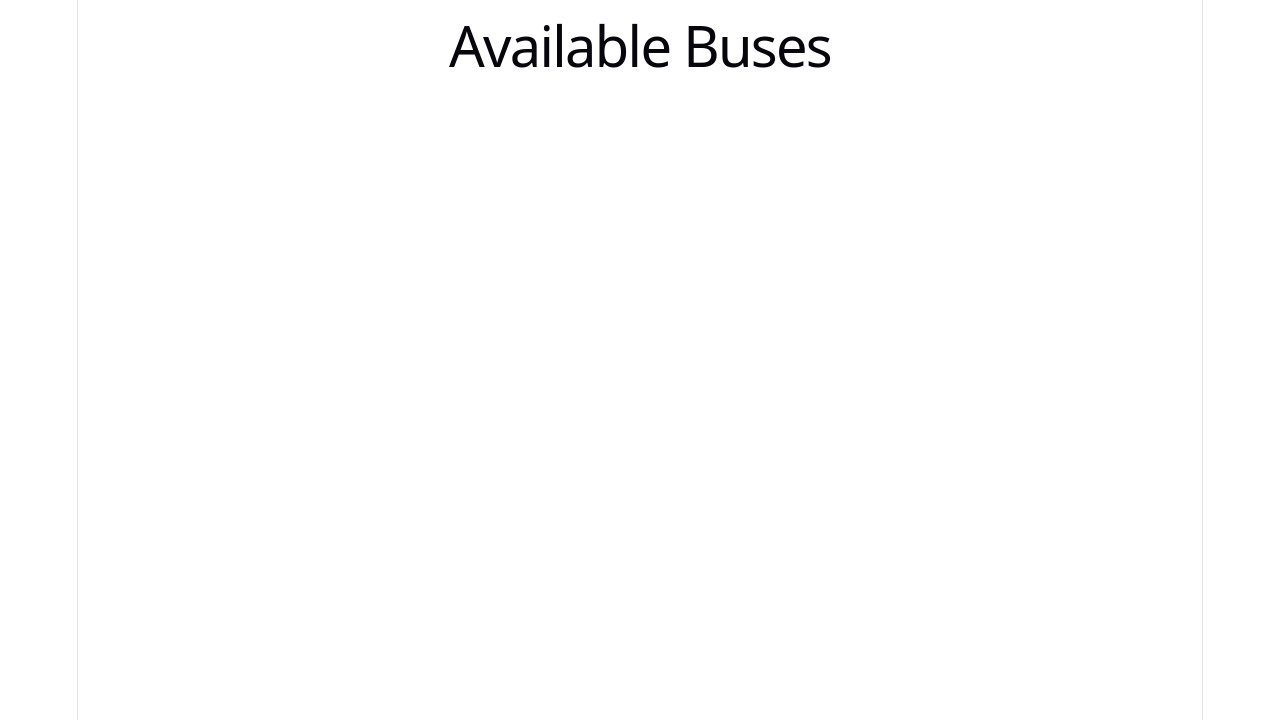
Repository: Eswarabhinay06/Bus-Reservation-System
Page: / (app in AIML-09-Bus-Reservation-System-main/bus-reservation-frontend/)
An editor plug-in stored every save of this project. The page is shown before and after the next save, followed by the edit.
The browser window is 1280 px wide. The pictures show the whole page.
The page's requests for data from a server got no answer. The project was rebuilt for these pictures with package versions that can differ from the ones it lists, and the page was loaded fresh each time. No one was signed in, and anything a server would have sent is missing. Also part of the build but not shown: AIML-09-Bus-Reservation-System-main/bus-reservation-frontend/vite.config.js.

Above is the page before, as saved 2026-07-13 14:00:00.

After the next save:
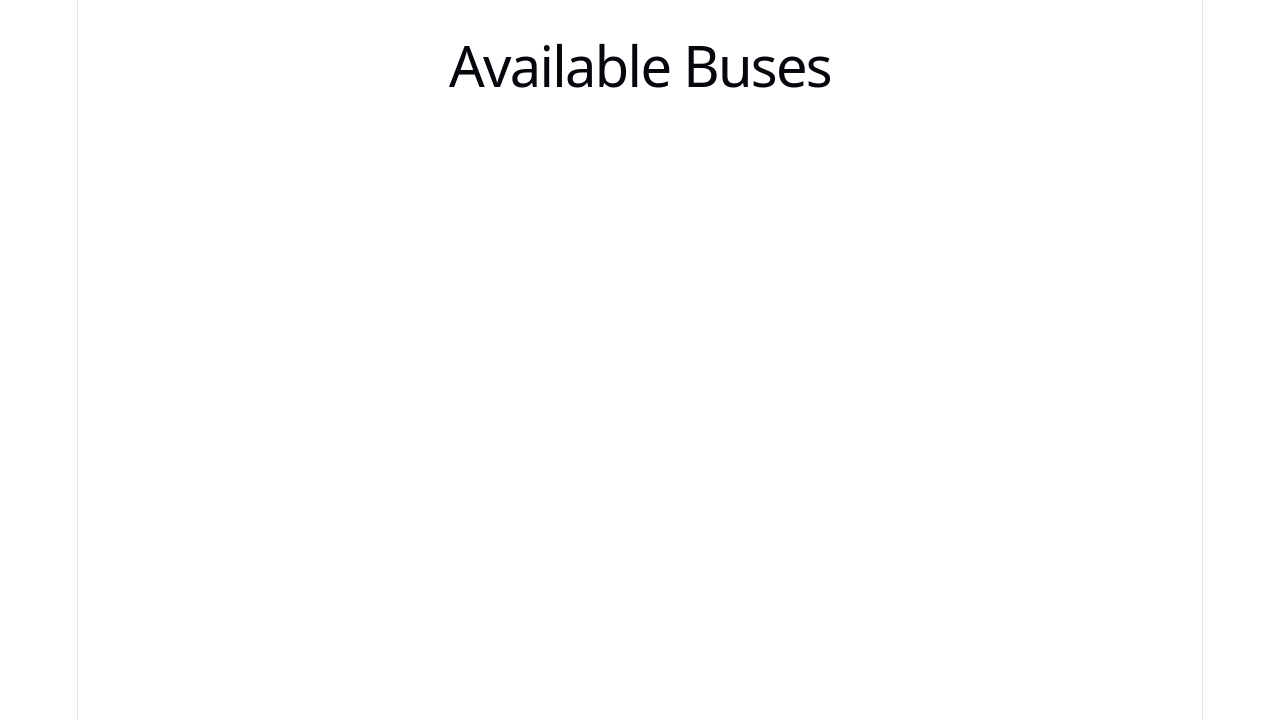
Saved 7 min 7 s later.
--- a/AIML-09-Bus-Reservation-System-main/bus-reservation-frontend/src/pages/SearchBus.jsx
+++ b/AIML-09-Bus-Reservation-System-main/bus-reservation-frontend/src/pages/SearchBus.jsx
@@ -18,25 +18,55 @@ function SearchBus() {
     }
   };
 
+  const bookTicket = async (busId) => {
+    try {
+      await api.post("/bookings", {
+        userId: 2,
+        busId: busId,
+        seatCount: 1,
+      });
+
+      alert("Ticket booked successfully!");
+      fetchBuses(); // Refresh bus list
+    } catch (error) {
+      console.error(error);
+      alert("Booking failed");
+    }
+  };
+
   return (
-    <div>
-      <h1>Available Buses</h1>
+    <div style={{ padding: "20px" }}>
+      <h1 style={{ textAlign: "center" }}>Available Buses</h1>
 
       {buses.map((bus) => (
         <div
           key={bus.id}
           style={{
-            border: "1px solid gray",
-            padding: "10px",
-            marginBottom: "10px",
+            border: "1px solid #ccc",
+            padding: "20px",
+            marginBottom: "20px",
+            borderRadius: "10px",
           }}
         >
-          <h3>{bus.busName}</h3>
-          <p>{bus.source} → {bus.destination}</p>
-          <p>Departure: {bus.departureTime}</p>
-          <p>Arrival: {bus.arrivalTime}</p>
-          <p>Fare: ₹{bus.fare}</p>
-          <p>Available Seats: {bus.availableSeats}</p>
+          <h2>{bus.busName}</h2>
+
+          <p><b>Bus Number:</b> {bus.busNumber}</p>
+          <p><b>Route:</b> {bus.source} → {bus.destination}</p>
+          <p><b>Departure:</b> {bus.departureTime}</p>
+          <p><b>Arrival:</b> {bus.arrivalTime}</p>
+          <p><b>Fare:</b> ₹{bus.fare}</p>
+          <p><b>Available Seats:</b> {bus.availableSeats}</p>
+
+          <button
+            onClick={() => bookTicket(bus.id)}
+            disabled={bus.availableSeats <= 0}
+            style={{
+              padding: "10px 20px",
+              cursor: "pointer",
+            }}
+          >
+            {bus.availableSeats > 0 ? "Book Ticket" : "Sold Out"}
+          </button>
         </div>
       ))}
     </div>
